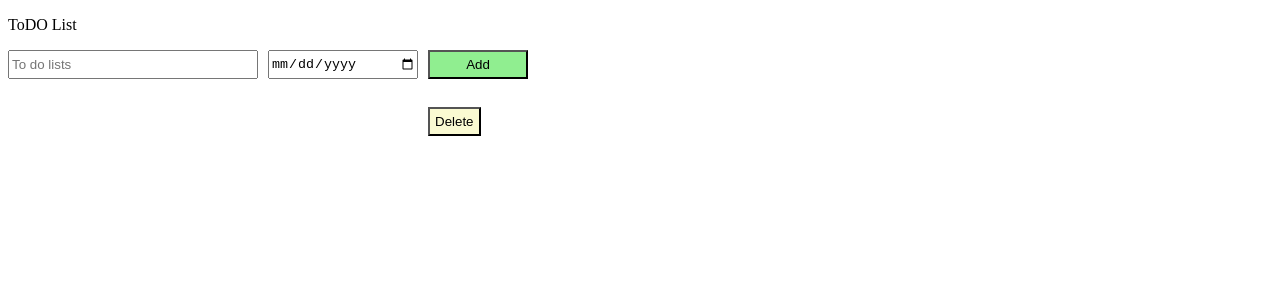
Repository: pgyunknown/ToDo-List
Page: index.html
The author's editor kept a copy of each file at every save. The page is drawn from the files as they stood at one save, then again after the next save.
The browser window is 1280 px wide. The pictures show the whole page.

Above is the page before, as saved 2024-08-29 20:48:58.

### index.html
<!DOCTYPE html>
<html lang="en">
<head>
  <meta charset="UTF-8">
  <meta name="viewport" content="width=device-width, initial-scale=1.0">
  <link rel="stylesheet" href="index.css">
  <title>Document</title>
</head>
<body>
    <p>ToDO List</p>
  <div class="grid-body">
  <input placeholder="To do lists" class="js-name-input"><input type="date" class="js-date-b"><button onclick="addWork();" class="add-b">Add</button><br>
    </div>
  <div class="js-todo-list todo-grid">text</div>

  <script src="index.js"></script>
</body>
</html>

### index.css
.todo-grid{
  display: grid;
  grid-template-columns: 250px 150px 100px;
  column-gap: 10px;
  row-gap: 10px;
}

.grid-body{
  display: grid;
  grid-template-columns: 250px 150px 100px;
  column-gap: 10px;
  row-gap: 10px;
}

.add-b{
  background-color: lightgreen;
  padding: 5px;
}
.delete-b{
  background-color: lightgoldenrodyellow;
  padding: 5px;
}

### index.js
const todoList=[{
  name:'',duedate:''
}
];

eventList();
function eventList(){
  let todoListHTML=' ';
  for(i=0;i<todoList.length;i++){
    const todoObj=todoList[i];
    const {name}=todoObj;
    const {duedate}=todoObj;
    const html=`
    <div >${name}</div>
    <div >${duedate}</div>
    <div>    <button onclick="todoList.splice(${i},1);
    eventList();" class="delete-b" >Delete</button></div>
    `;
    todoListHTML+=html;
}
console.log(todoListHTML) ;
document.querySelector('.js-todo-list').innerHTML=todoListHTML;
}
function addWork(){
  const inputElement=document.querySelector('.js-name-input');
  const name=inputElement.value;

  const dateinputElement=document.querySelector('.js-date-b');
  const duedate=dateinputElement.value;

  todoList.push({
    name:name,
    duedate:duedate
  });

  inputElement.value='';
  // console.log(todoList);
  eventList();
}

After the next save:
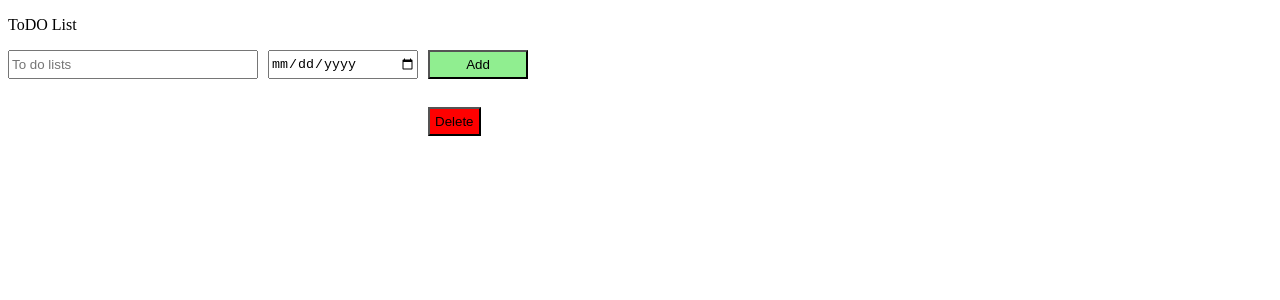
Saved 4 s later.
--- a/index.css
+++ b/index.css
@@ -17,6 +17,6 @@
   padding: 5px;
 }
 .delete-b{
-  background-color: lightgoldenrodyellow;
+  background-color: red;
   padding: 5px;
 }
